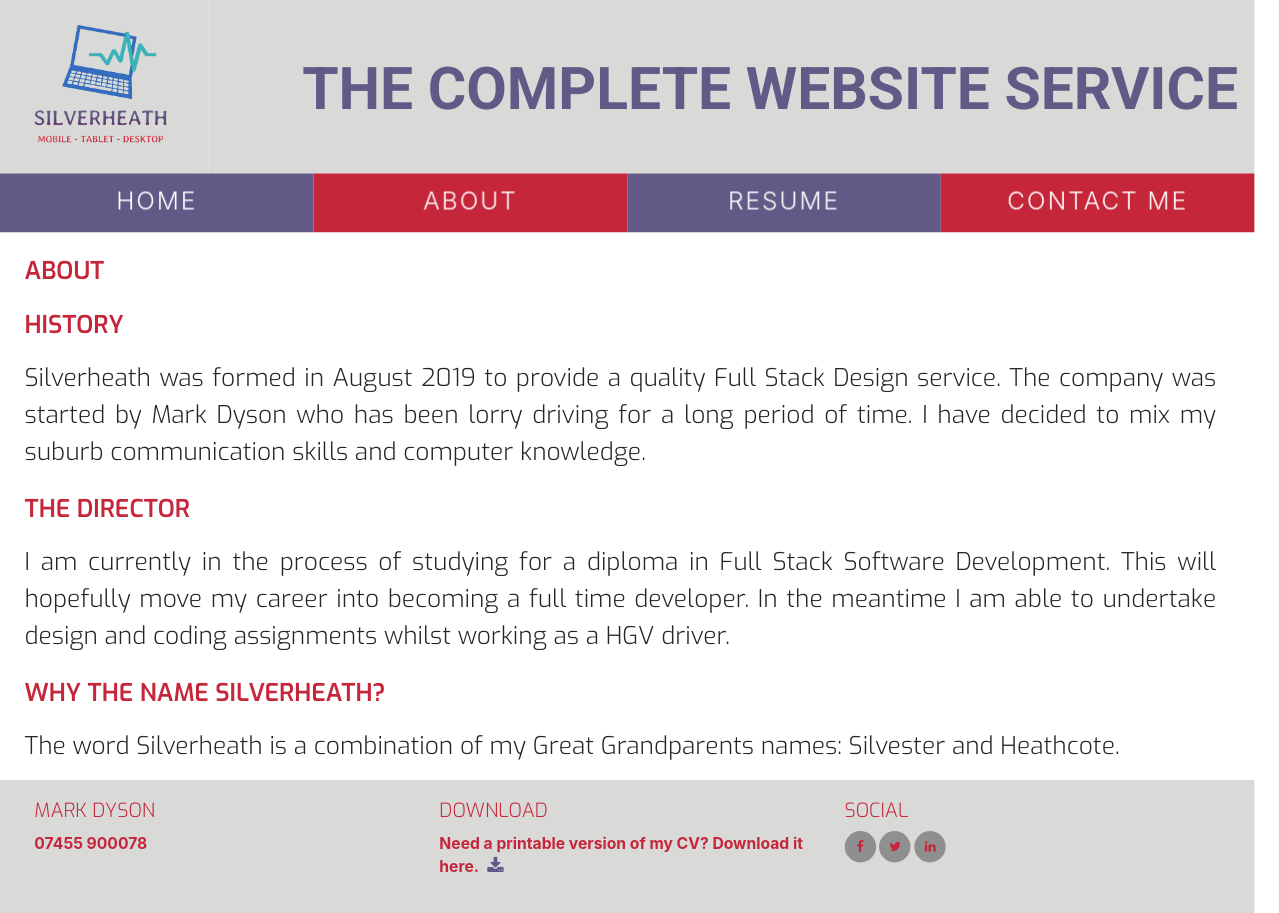
Repository: Code-Institute-Submissions/silverheath
Page: about.html
The author's editor kept a record of every edit. The page is drawn from the files as they stood at one moment, then again after the next edit.
The browser window is 1280 px wide. The page is 1305 px wide, so the pictures cover 1305 px, including what lies to the right of the window. The pictures show the whole page, at 98% of full size.
Some web libraries are served in a nearby version.

Above is the page before.

After the next edit:
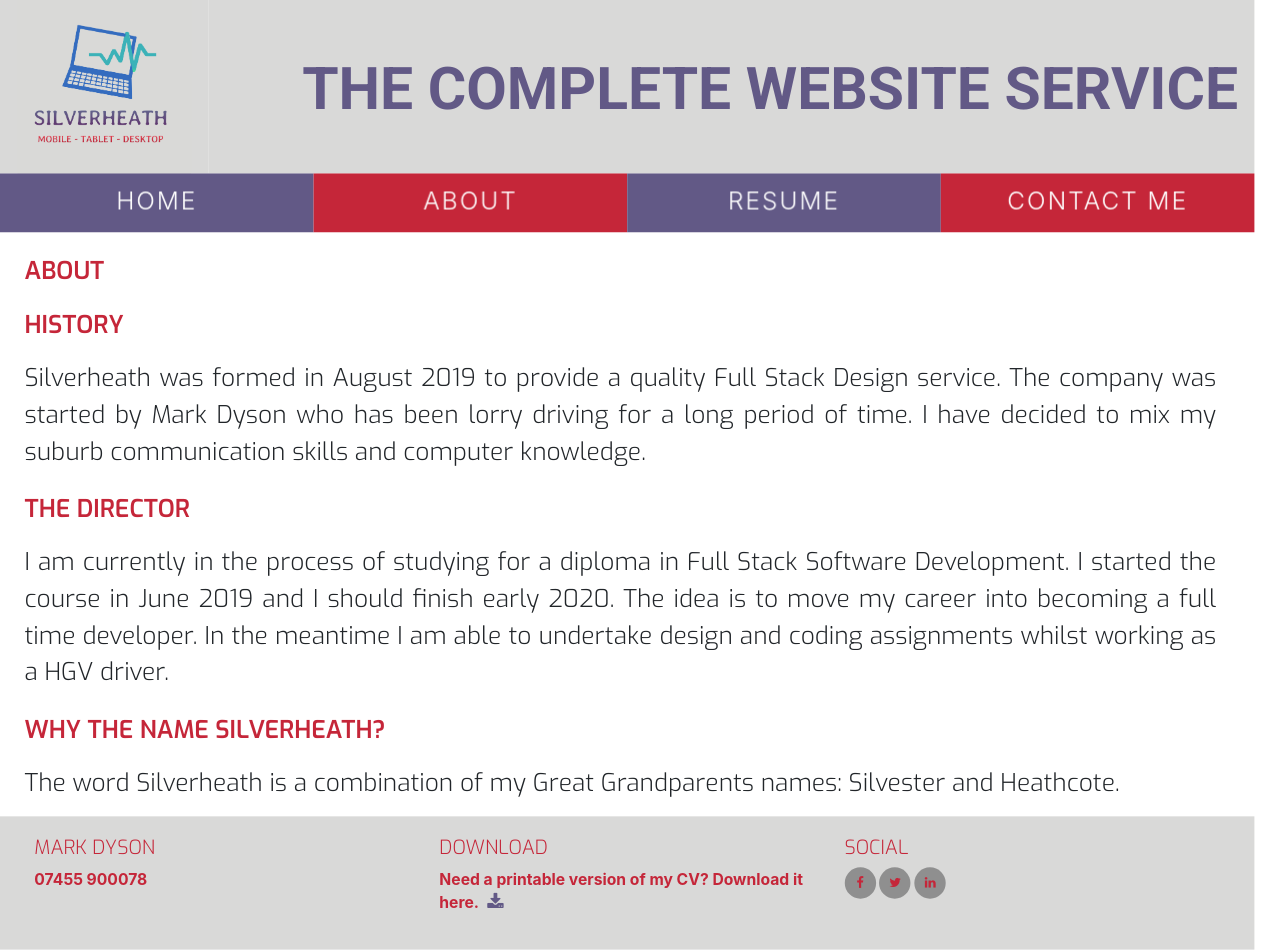
The edit:
--- a/about.html
+++ b/about.html
@@ -62,7 +62,7 @@
         <p></p>
         <div class="about" >
         <p>
-            I am currently in the process of studying for a diploma in Full Stack Software Development. This will hopefully move my career into becoming a full time developer. In the meantime I am able to undertake design and coding assignments whilst working as a HGV driver.
+            I am currently in the process of studying for a diploma in Full Stack Software Development. I started the course in June 2019 and I should finish early 2020. The idea is to move my career into becoming a full time developer. In the meantime I am able to undertake design and coding assignments whilst working as a HGV driver.
         </p>
         </div>
     </div>
